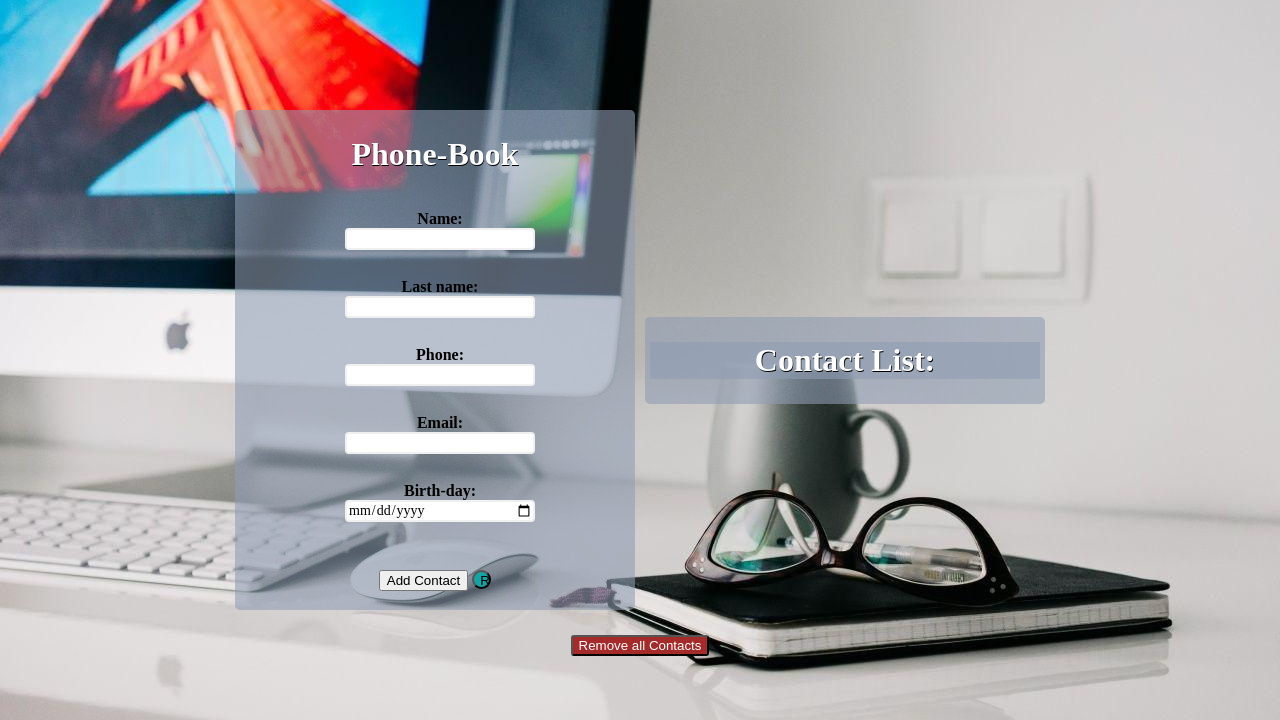
Repository: STA1357/Phone-book
Page: Inner.html
The author's editor kept a copy of each file at every save. The page is drawn from the files as they stood at one save, then again after the next save.
The browser window is 1280 px wide. The pictures show the whole page.

Above is the page before, as saved 2020-12-12 17:50:59.

After the next save:
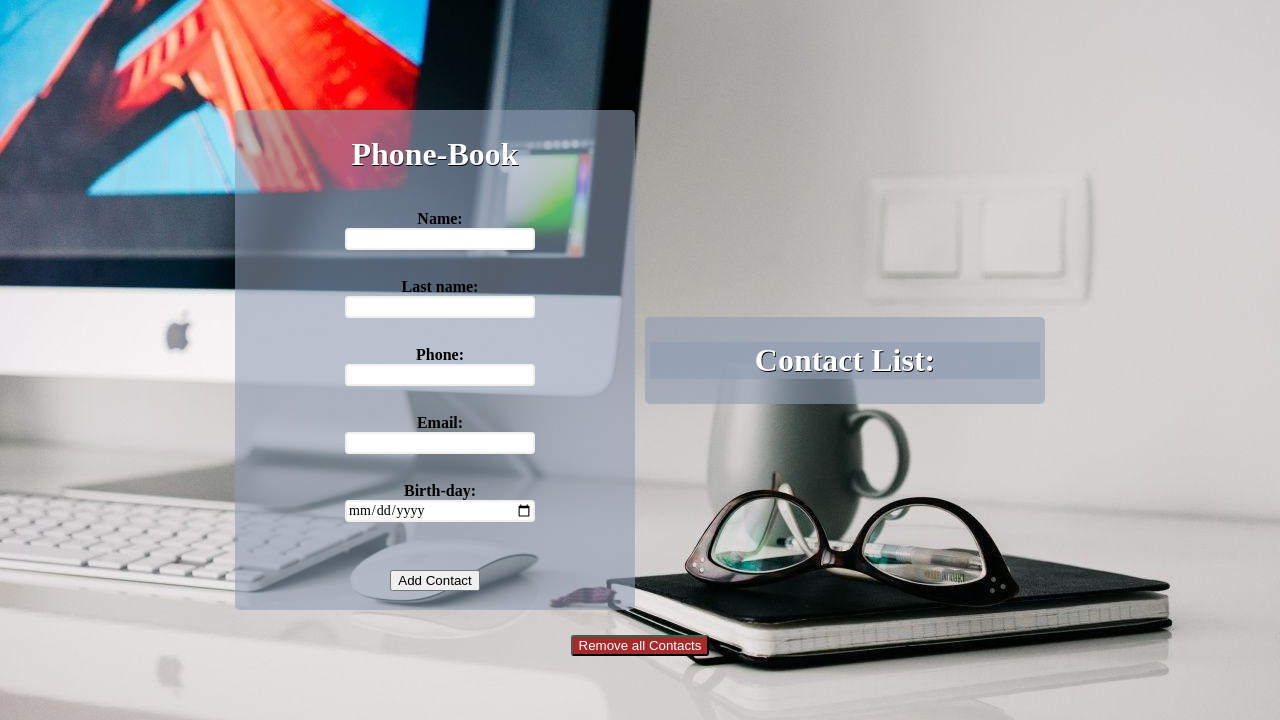
Saved 33 s later.
--- a/Inner.html
+++ b/Inner.html
@@ -57,7 +57,6 @@
 
         <div class="btn">
         <button type="submit" id="btnAdd">Add Contact</button>
-        <button id="restBtn" class="restBtn">R</button>
     </div>
     </form>
 <div class="list-container">
